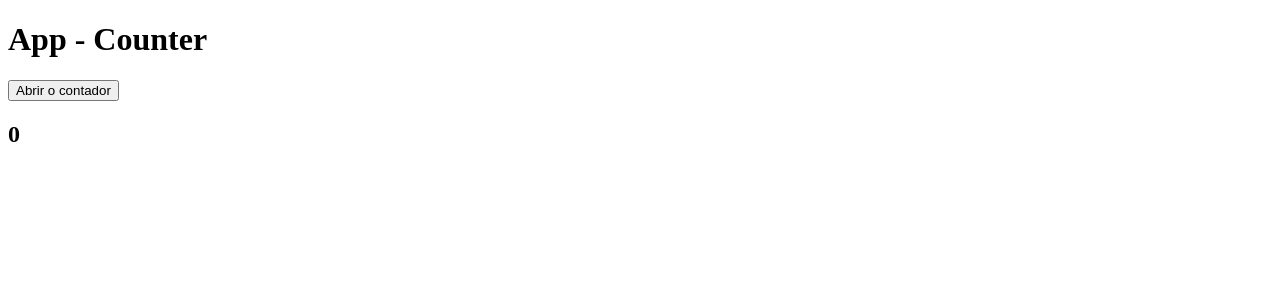
Repository: AlanRei/Counter
Page: /
The author's editor kept a copy of each file at every save. The page is drawn from the files as they stood at one save, then again after the next save.
The browser window is 1280 px wide. The pictures show the whole page.
The project was rebuilt for these pictures with package versions that can differ from the ones it lists, and the page was loaded fresh each time. The framework's server and built-in components were replaced by stand-ins that run in the browser. Also part of the build but not shown: next.config.js.

Above is the page before, as saved 2021-12-15 11:00:41.

After the next save:
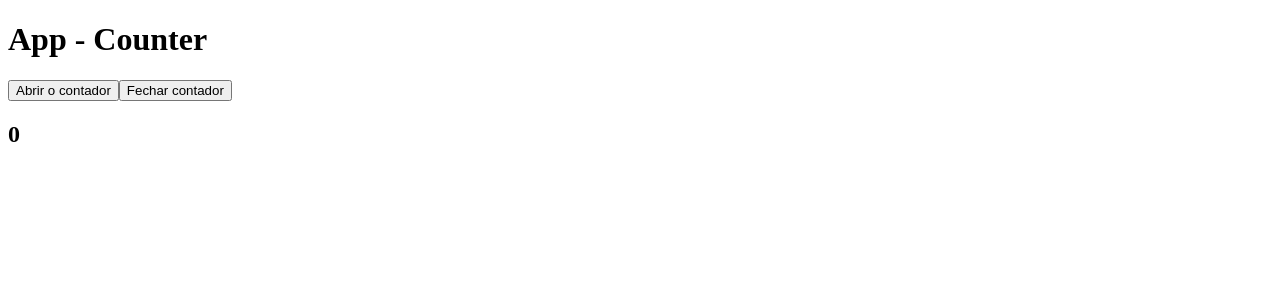
Saved 48 min 45 s later.
--- a/src/pages/index.js
+++ b/src/pages/index.js
@@ -23,6 +23,7 @@ export default function Home() {
       {isOpen && (
         <button onClick={handleAddCounter}>Adicionar ao contador</button>
       )}
+      <button>Fechar contador</button>
       <h2>{counter}</h2>
     </>
   )
